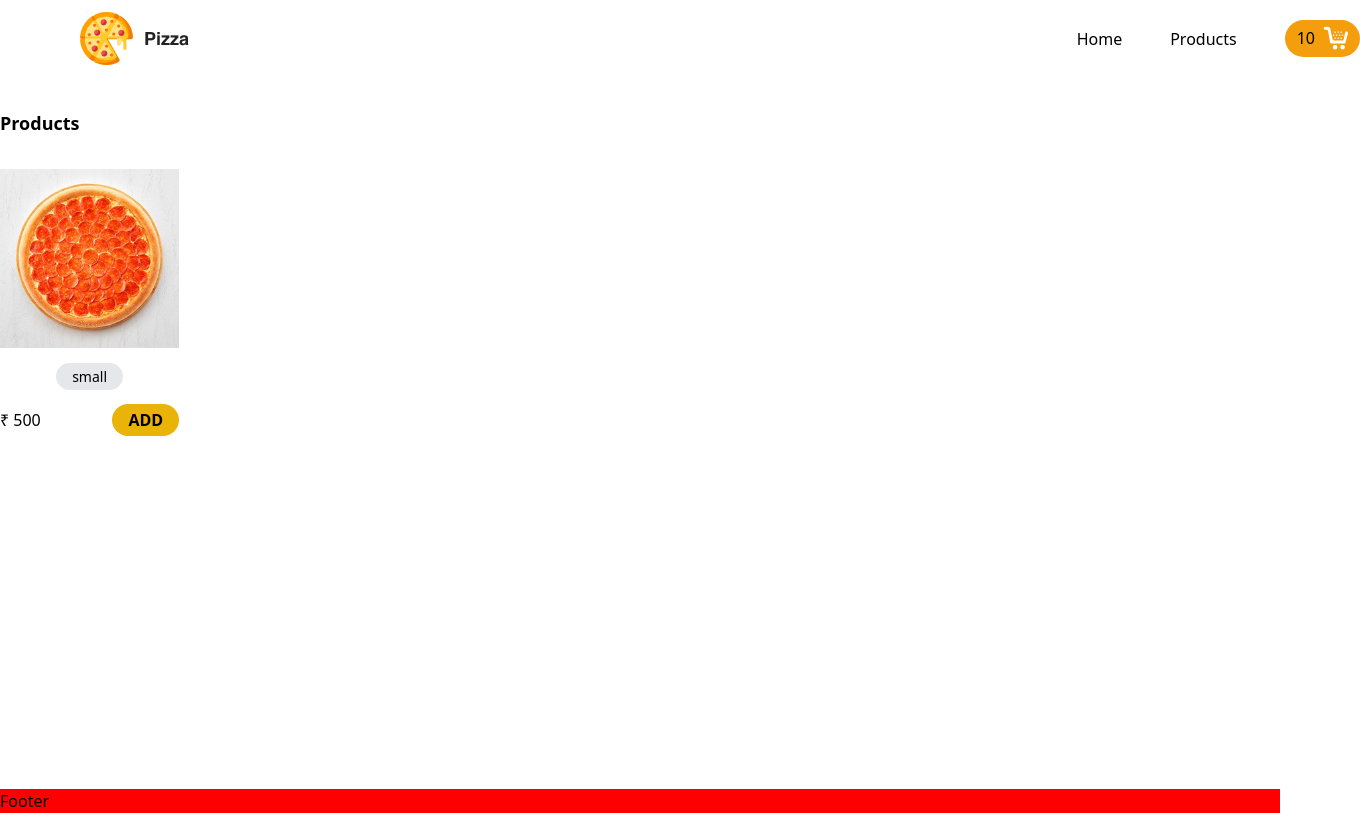
Repository: yuv-raj-25/pizza-youtube
Page: /Products
These files come from the project's save history. The page is drawn as it stood at one moment and after the next save; the edit follows.
The browser window is 1280 px wide. The page is 1360 px wide, so the pictures cover 1360 px, including what lies to the right of the window. The pictures show the whole page.
The page's requests for data from a server got no answer. Some web libraries are served in a nearby version. The project was rebuilt for these pictures with package versions that can differ from the ones it lists, and the page was loaded fresh each time. No one was signed in, and anything a server would have sent is missing. Also part of the build but not shown: src/pages/Home.jsx, src/pages/Cart.jsx.

Above is the page before, as saved 2023-08-17 18:24:25.

After the next save:
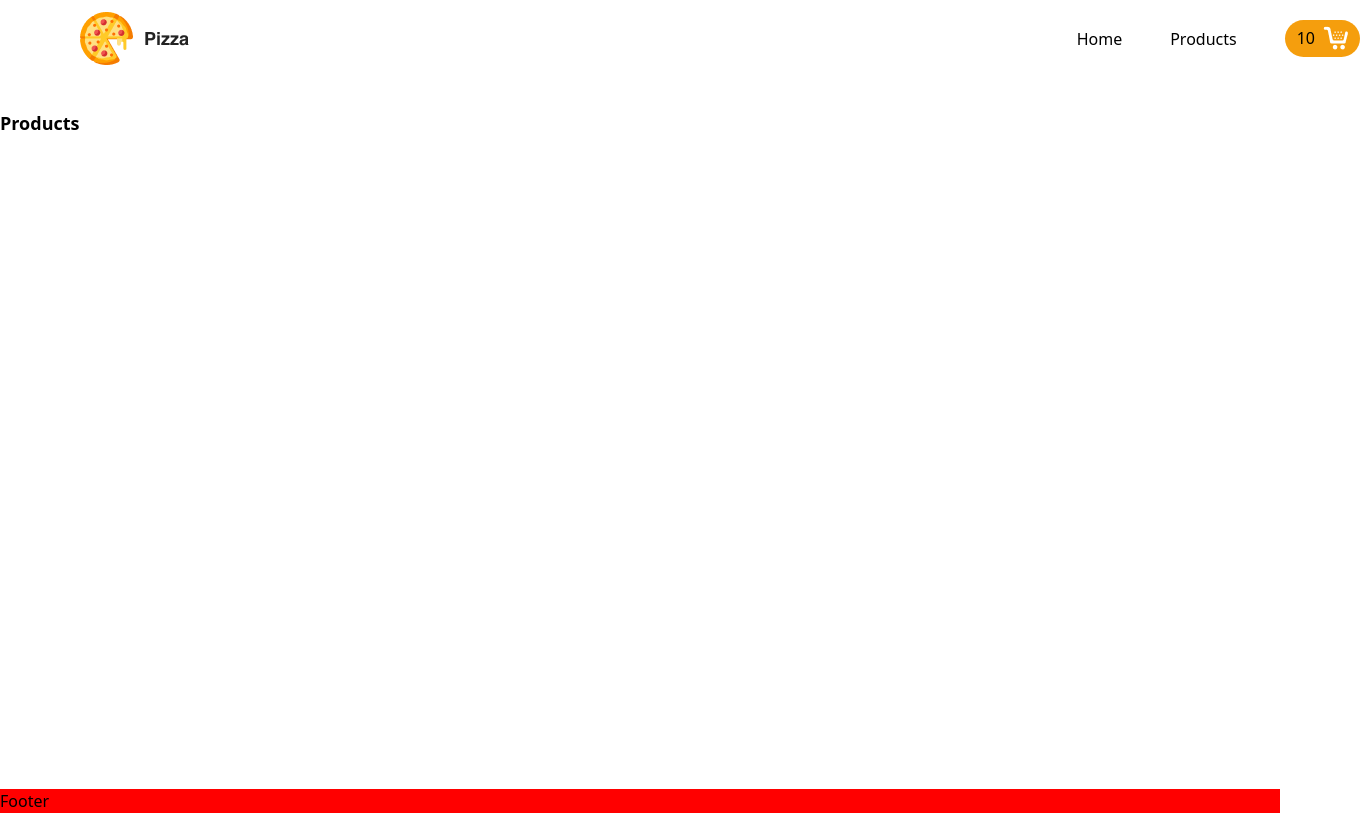
Saved 9 s later.
--- a/src/pages/Products.jsx
+++ b/src/pages/Products.jsx
@@ -23,7 +23,6 @@ const Products = () => {
           {
             product.map(product =>  <Product key={product._id} product={product}/>)
           }
-          <Product/>
         </div>
       </div>
 
